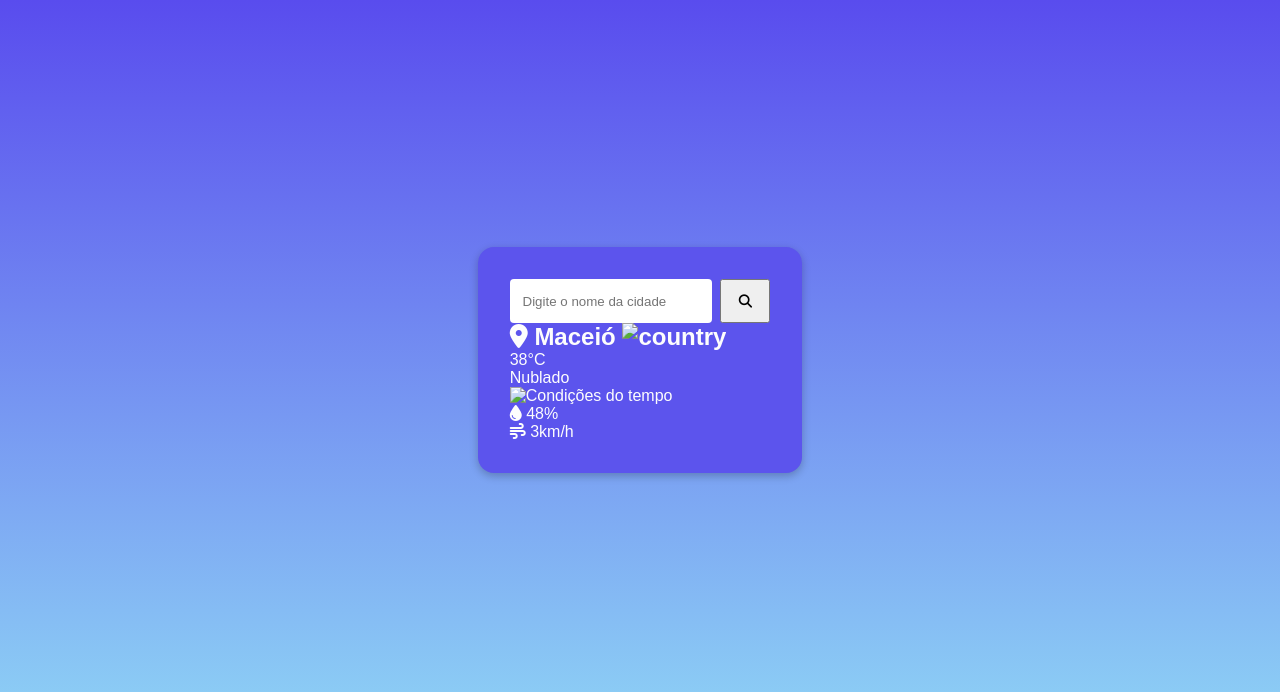
Repository: eziocdl/Weather--API
Page: index.html
An editor plug-in stored every save of this project. The page is shown before and after the next save, followed by the edit.
The browser window is 1280 px wide. The pictures show the whole page.

Above is the page before, as saved 2023-06-19 15:53:43.

After the next save:
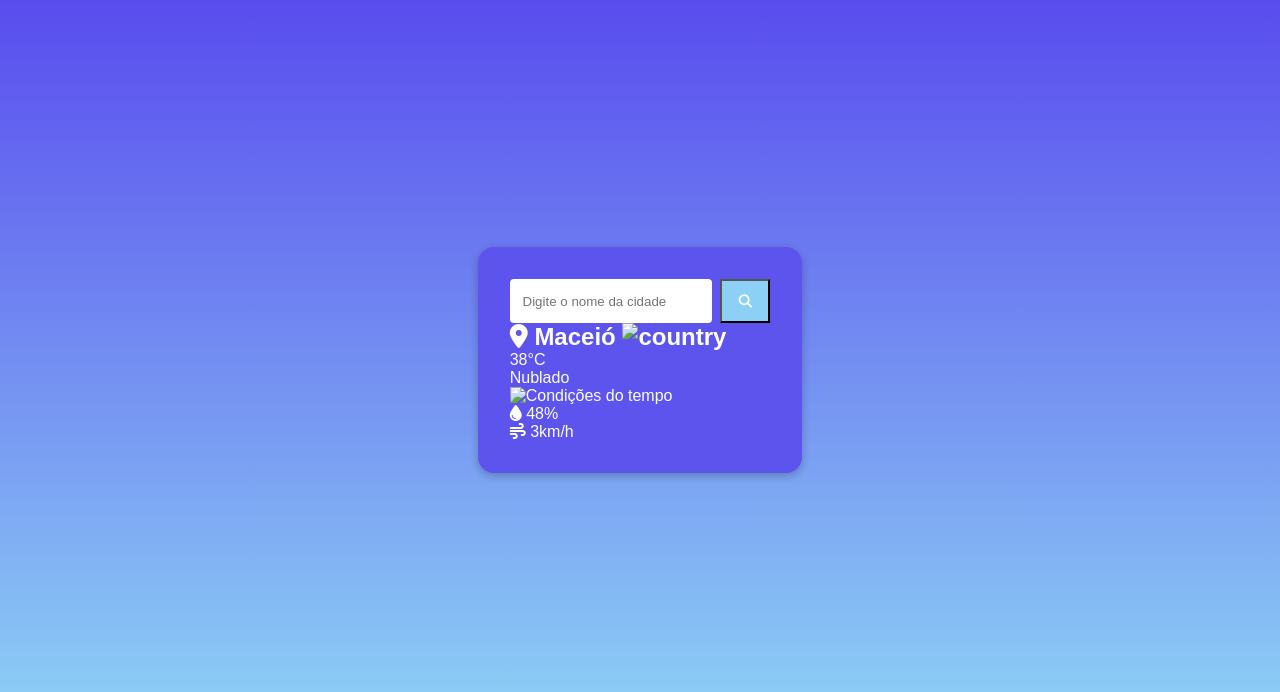
Saved 70 s later.
--- a/css/styles.css
+++ b/css/styles.css
@@ -44,5 +44,7 @@ body {
 .form button {
     padding: 0.8rem;
     min-width: 50px;
-    margin-left: 8px
+    margin-left: 8px;
+    background-color: #8dd0f5;
+    color: #fff;
 }
